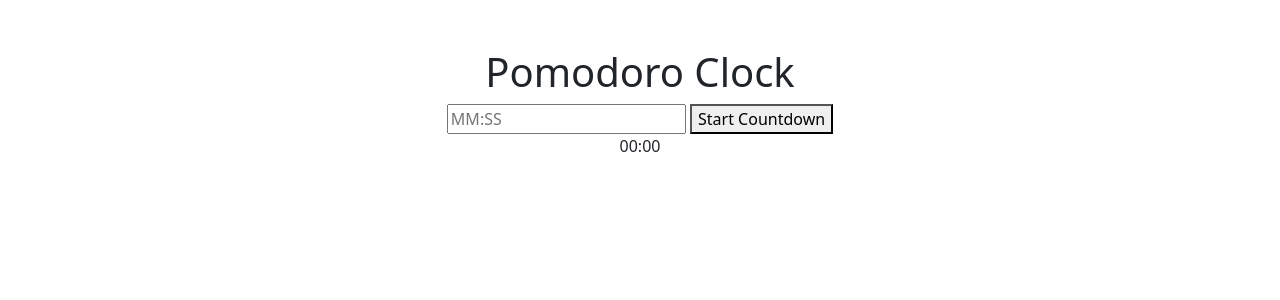
Repository: jobid0212/pomodoro-clock
Page: http://localhost/
An editor plug-in stored every save of this project. The page is shown before and after the next save, followed by the edit.
The browser window is 1280 px wide. The pictures show the whole page.
The page is served by the project's application, run on Flask 3 (app.py).

Above is the page before, as saved 2026-02-06 17:52:56.

### templates/index.html
<!DOCTYPE html>

<html lang="en">
    <head>

        <meta charset="utf-8">
        <meta name="viewport" content="initial-scale=1, width=device-width">

        <!-- http://getbootstrap.com/docs/5.3/ -->
        <link href="https://cdn.jsdelivr.net/npm/bootstrap@5.3.8/dist/css/bootstrap.min.css" rel="stylesheet" integrity="sha384-sRIl4kxILFvY47J16cr9ZwB07vP4J8+LH7qKQnuqkuIAvNWLzeN8tE5YBujZqJLB" crossorigin="anonymous">
        <script src="https://cdn.jsdelivr.net/npm/bootstrap@5.3.8/dist/js/bootstrap.bundle.min.js" integrity="sha384-FKyoEForCGlyvwx9Hj09JcYn3nv7wiPVlz7YYwJrWVcXK/BmnVDxM+D2scQbITxI" crossorigin="anonymous"></script>

         <link href="static/css/styles.css" rel="stylesheet">

         <title>Pomodoro Clock</title>

    </head>

    <body>
        <main class="container py-5 text-center">
            <body>
                <div>
                    <h1>Pomodoro Clock</h1>
                </div>
                <div class="timer-wrapper">
                    <input type="text" id="durationInput"
                           pattern="[0-5][0-9]:[0-5][0-9]"
                           placeholder="MM:SS">
                    <button onclick="startTimer('study')">Start Countdown</button>

                    <div id="display">
                        00:00
                    </div>

                </div>
            </body>
        </main>
        <script src="static/js/script.js" defer></script>
    </body>
</html>

### app.py
from flask import Flask, flash, redirect, render_template, request

# Flask run --debug
app = Flask(__name__)


@app.route('/')
def index():
    return render_template("index.html")

### static/js/script.js
let countdown;

function startTimer(phase) {
    // "Kill Switch" to stop any running timers
    clearInterval(countdown);

    const timeArray = document.getElementById('durationInput').value.split(":");
    console.log(timeArray);
    if (timeArray.length != 2 ) return alert("Enter correct format! (MM:SS)");
    const seconds = Number(timeArray[0]) * 60 + Number(timeArray[1]);

    const now = Date.now();
    const then = now + seconds * 1000;
    displayTimeLeft(seconds);

    countdown = setInterval(function () {
        const secondsLeft = Math.round((then - Date.now()) / 1000);

        if (secondsLeft < 0) {
            clearInterval(countdown);
            if (phase == "study"){
                alert("Start Break!");
                startTimer("break");
                return;
            } else {
                alert("Break Over!");
                return;
            }

        }

        displayTimeLeft(secondsLeft);
    }, 1000);

}

function displayTimeLeft(seconds) {
    const minutes = Math.floor(seconds / 60);
    const remainderSeconds = seconds % 60;
    // For ternary operator: If remainderSeconds < 10, append '0', else append ''
    // Then it appends value of remainderSeconds
    const display = `${minutes}:${remainderSeconds < 10 ? '0' : ''}${remainderSeconds}`;
    document.getElementById('display').textContent = display;
}

Loaded but not shown: static/css/styles.css (no copy from this time; the picture is the same without it)

After the next save:
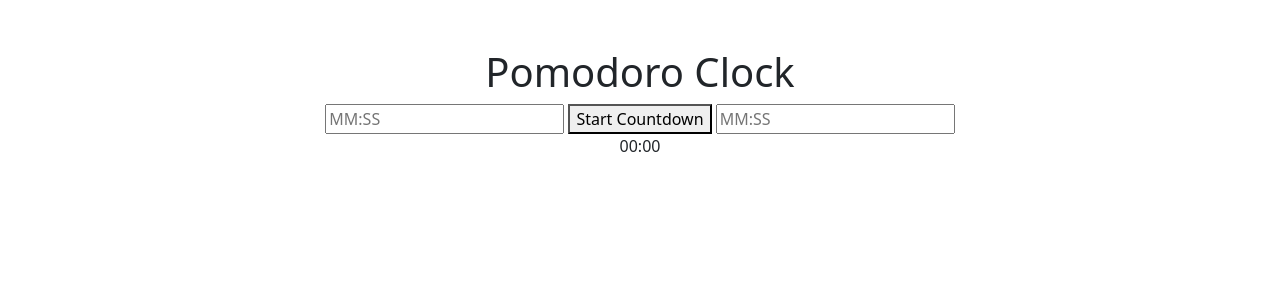
Saved 44 min 33 s later.
--- a/templates/index.html
+++ b/templates/index.html
@@ -23,11 +23,13 @@
                     <h1>Pomodoro Clock</h1>
                 </div>
                 <div class="timer-wrapper">
-                    <input type="text" id="durationInput"
+                    <input type="text" id="studyDurationInput"
                            pattern="[0-5][0-9]:[0-5][0-9]"
                            placeholder="MM:SS">
                     <button onclick="startTimer('study')">Start Countdown</button>
-
+                    <input type="text" id="breakDurationInput"
+                           pattern="[0-5][0-9]:[0-5][0-9]"
+                           placeholder="MM:SS">
                     <div id="display">
                         00:00
                     </div>
